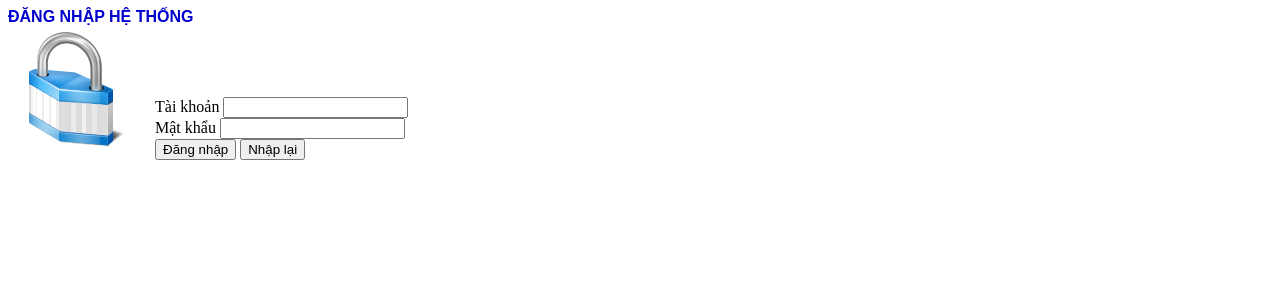
Repository: AnhDuc0125/HTML-Aptech
Page: bt2092/index.html
These files come from the project's save history. The page is drawn as it stood at one moment and after the next save; the edit follows.
The browser window is 1280 px wide. The pictures show the whole page.

Above is the page before, as saved 2021-12-03 20:10:31.

After the next save:
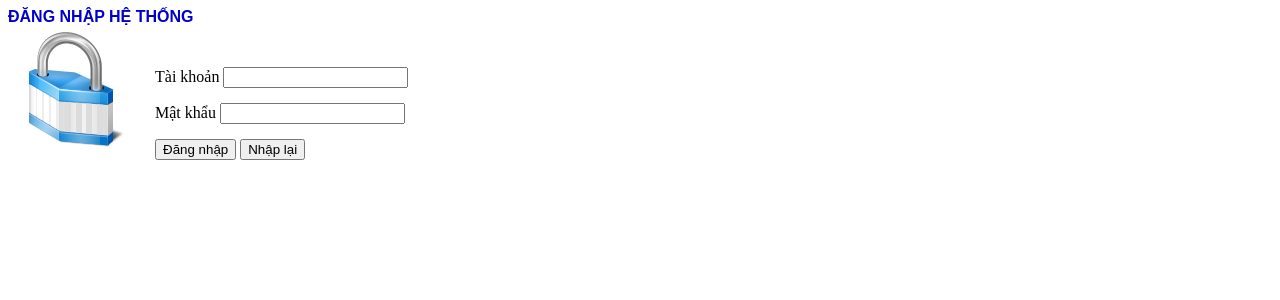
Saved 30 s later.
--- a/bt2092/style.css
+++ b/bt2092/style.css
@@ -11,4 +11,9 @@
 
 .login {
     margin: 15px;
+
 }
+
+.form-control {
+    margin-bottom: 15px;
+}
